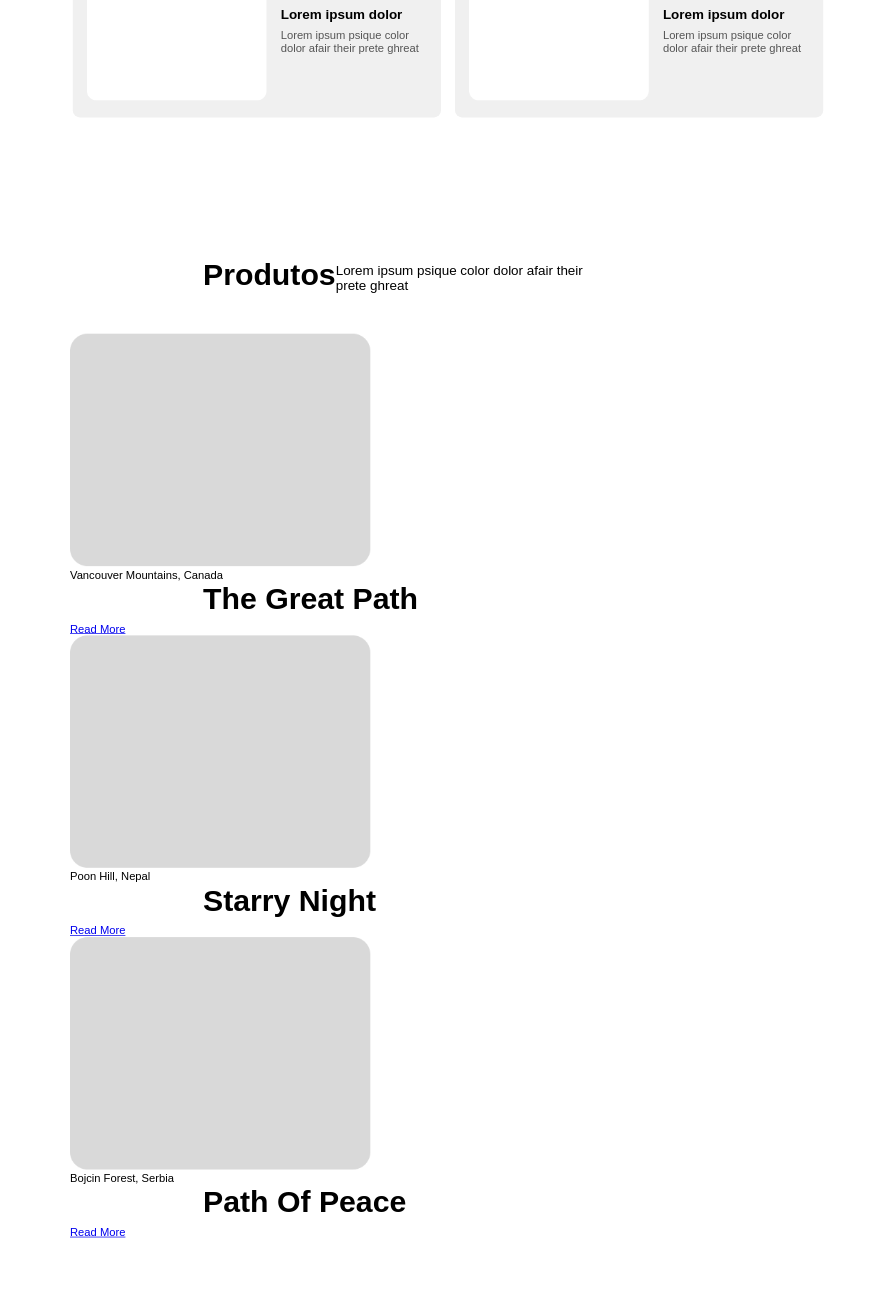
Repository: Matheus904-12/Reforma
Page: index.html
These files come from the project's save history. The page is drawn as it stood at one moment and after the next save; the edit follows.
The browser window is 1280 px wide. The pictures show the part of the page from y = 1334 to 3254 px (the page is 3204 px tall before and 3254 px after), at 70% of full size.

Above is the page before, as saved 2024-08-01 20:19:41.

### index.html
<!DOCTYPE html>
<html lang="en">
<head>
    <meta charset="UTF-8">
    <meta name="viewport" content="width=device-width, initial-scale=1.0">
    <title>Automobil - Venda de Veículos</title>
    <link rel="stylesheet" href="styles.css">
</head>
<body>
    <header>
        <div class="navbar">
            <div class="logo">AutMobil</div>
            <nav class="nav-links">
                <a href="#home">Início</a>
                <a href="#veiculos">Veículos</a>
                <a href="#contato">Contato</a>
            </nav>
            <button class="btn">
                <span class="btn-text-one">Entrar</span>
                <span class="btn-text-two">Vamos Lá!</span>
            </button>
        </div>
    </header>
    <section class="hero">
        <img src="imagens/Rectangle 1.png" alt="Imagem de Veículos" class="hero-image">
    </section>
    <section class="servicos">
        <div class="servicos-header">
            <h2>Serviços</h2>
            <p class="description">Lorem ipsum dolor sit amet, consectetur adipiscing elit. Quisque fermentum, orci a vehicula malesuada, nunc ipsum sollicitudin est, eu tristique odio turpis vitae mi.</p>
        </div>
        <div class="cards-container">
            <div class="card">
                <div class="card-image"><img src="imagens/Rectangle 9.png" alt="Serviço 1"></div>
                <div class="card-content">
                    <h3>Lorem ipsum dolor</h3>
                    <p>Lorem ipsum psique color dolor afair their prete ghreat</p>
                </div>
            </div>
            <div class="card">
                <div class="card-image"><img src="imagens/Rectangle 9.png" alt="Serviço 2"></div>
                <div class="card-content">
                    <h3>Lorem ipsum dolor</h3>
                    <p>Lorem ipsum psique color dolor afair their prete ghreat</p>
                </div>
            </div>
            <div class="card">
                <div class="card-image"><img src="imagens/Rectangle 9.png" alt="Serviço 3"></div>
                <div class="card-content">
                    <h3>Lorem ipsum dolor</h3>
                    <p>Lorem ipsum psique color dolor afair their prete ghreat</p>
                </div>
            </div>
            <div class="card">
                <div class="card-image"><img src="imagens/Rectangle 9.png" alt="Serviço 4"></div>
                <div class="card-content">
                    <h3>Lorem ipsum dolor</h3>
                    <p>Lorem ipsum psique color dolor afair their prete ghreat</p>
                </div>
            </div>
        </div>
    </section>
    <section class="servicos">
        <div class="produtos-header">
            <h2>Produtos</h2>
            <p class="description2">Lorem ipsum psique color dolor afair their prete ghreat</p>
        </div>
        <div class="container">
            <div class="card__container">
               <article class="card__article">
                  <img src="imagens/Rectangle 11.png" alt="image" class="card__img">

                  <div class="card__data">
                     <span class="card__description">Vancouver Mountains, Canada</span>
                     <h2 class="card__title">The Great Path</h2>
                     <a href="#" class="card__button">Read More</a>
                  </div>
               </article>

               <article class="card__article">
                  <img src="imagens/Rectangle 11.png" alt="image" class="card__img">

                  <div class="card__data">
                     <span class="card__description">Poon Hill, Nepal</span>
                     <h2 class="card__title">Starry Night</h2>
                     <a href="#" class="card__button">Read More</a>
                  </div>
               </article>

               <article class="card__article">
                  <img src="imagens/Rectangle 11.png" alt="image" class="card__img">

                  <div class="card__data">
                     <span class="card__description">Bojcin Forest, Serbia</span>
                     <h2 class="card__title">Path Of Peace</h2>
                     <a href="#" class="card__button">Read More</a>
                  </div>
               </article>
            </div>
         </div>
    </section>
</body>
</html>

### styles.css
body {
    margin: 0;
    font-family: Arial, sans-serif;
}

header {
    position: relative;
    width: 100%;
}

.navbar {
    display: flex;
    justify-content: center;
    align-items: center;
    padding: 20px 50px;
    background: rgba(255, 255, 255, 0.5);
    border-radius: 25px;
    backdrop-filter: blur(10px);
    transition: all 0.3s ease-in-out;
    margin: 20px 50px;
    position: relative;
}

.navbar.scrolled {
    background: rgba(255, 255, 255, 0.8);
    backdrop-filter: blur(15px);
}

.logo {
    position: absolute;
    left: 50px;
    font-size: 1.5em;
    color: #333;
    font-weight: bold;
}

.nav-links {
    list-style: none;
    display: flex;
    gap: 20px;
}

.nav-links a {
    text-decoration: none;
    color: #333;
    padding: 10px 15px;
    border-radius: 15px;
    transition: background 0.3s, color 0.3s;
}

.nav-links a:hover {
    background: #333;
    color: #fff;
}

.btn {
    width: 140px;
    height: 50px;
    background: linear-gradient(to top, #000000, #272727, #6d6d6d);
    color: #fff;
    border-radius: 50px;
    border: none;
    outline: none;
    cursor: pointer;
    position: relative;
    box-shadow: 0 15px 30px rgba(0, 0, 0, 0.2);
    overflow: hidden;
    position: absolute;
    right: 50px;
    text-decoration: none; /* Para remover o sublinhado do link */
    display: flex;
    justify-content: center;
    align-items: center;
}

.btn span {
    font-size: 12px;
    text-transform: uppercase;
    letter-spacing: 1px;
    transition: top 0.5s;
}

.btn-text-one {
    position: absolute;
    width: 100%;
    top: 50%;
    left: 0;
    transform: translateY(-50%);
}

.btn-text-two {
    position: absolute;
    width: 100%;
    top: 150%;
    left: 0;
    transform: translateY(-50%);
}

.btn:hover .btn-text-one {
    top: -100%;
}

.btn:hover .btn-text-two {
    top: 50%;
}

.btn:active {
    transform: translateY(1px); /* Efeito de afundar ao clicar */
}

.hero {
    position: relative;
    width: 100%;
    height: 600px; /* Ajuste a altura conforme necessário */
    overflow: hidden;
    display: flex;
    justify-content: center;
    align-items: center;
}

.hero-image {
    width: 94%;
    height: auto;
    object-fit: cover;
}

.servicos {
    padding: 100px;
}

.servicos-header {
    display: flex;
    justify-content: space-between;
    align-items: center;
    margin-bottom: 100px;
}

.produtos-header {
    display: flex;
    justify-content: space-between;
    align-items: center;
    margin-bottom: 100px;
}

.servicos h2 {
    font-size: 2.7em;
    margin: 0 0 10px 0; /* Ajuste a margem inferior para aproximar do parágrafo */
    margin-left: 190px;
}

.description {
    font-size: 1.2em;
    max-width: 600px;
    margin: 0;
    margin-right: 190px;
}
.description2 {
    font-size: 1.2em;
    max-width: 600px;
    margin: 0;
    margin-right: 320px;
}

.cards-container {
    display: flex;
    flex-wrap: wrap;
    justify-content: center;
    gap: 20px;
}

.card {
    display: flex;
    align-items: center;
    background-color: #f0f0f0;
    padding: 20px;
    border-radius: 10px;
    width: 45%;
}

.card-image img {
    width: 257px;
    height: 205px;
    border-radius: 10px;
    margin-right: 20px;
}

.card-content {
    text-align: left;
}

.card-content h3 {
    margin: 0 0 10px 0;
    font-size: 1.2em;
}

.card-content p {
    margin: 0;
    color: #555;
}

.produtos {
    padding: 100px;
    background-color: #f9f9f9;
}

.produtos-header {
    display: flex;
    justify-content: space-between;
    align-items: center;
    margin-bottom: 50px;
}

.produtos h2 {
    font-size: 2.5em;
    margin: 0;
}

.produtos .description {
    font-size: 1.2em;
    max-width: 600px;
    margin: 0;
}

.filtros {
    display: flex;
    justify-content: center;
    gap: 20px;
    margin-bottom: 50px;
}

.filtro {
    background-color: #333;
    color: #fff;
    border: none;
    padding: 10px 20px;
    border-radius: 10px;
    cursor: pointer;
    transition: background 0.3s;
}

.filtro:hover {
    background-color: #555;
}

.produtos-container {
    position: relative;
}

.carrossel {
    display: none;
    flex-wrap: nowrap;
    overflow-x: auto;
    gap: 20px;
}

.carrossel.active {
    display: flex;
}

.produto-card {
    display: flex;
    flex-direction: column;
    align-items: center;
    background-color: #fff;
    padding: 20px;
    border-radius: 10px;
    min-width: 300px;
}

.produto-image img {
    width: 100%;
    border-radius: 10px;
    margin-bottom: 20px;
}

.produto-content {
    text-align: center;
}

.produto-content h3 {
    margin: 0 0 10px 0;
    font-size: 1.2em;
}

.produto-content p {
    margin: 0;
    color: #555;
}

After the next save:
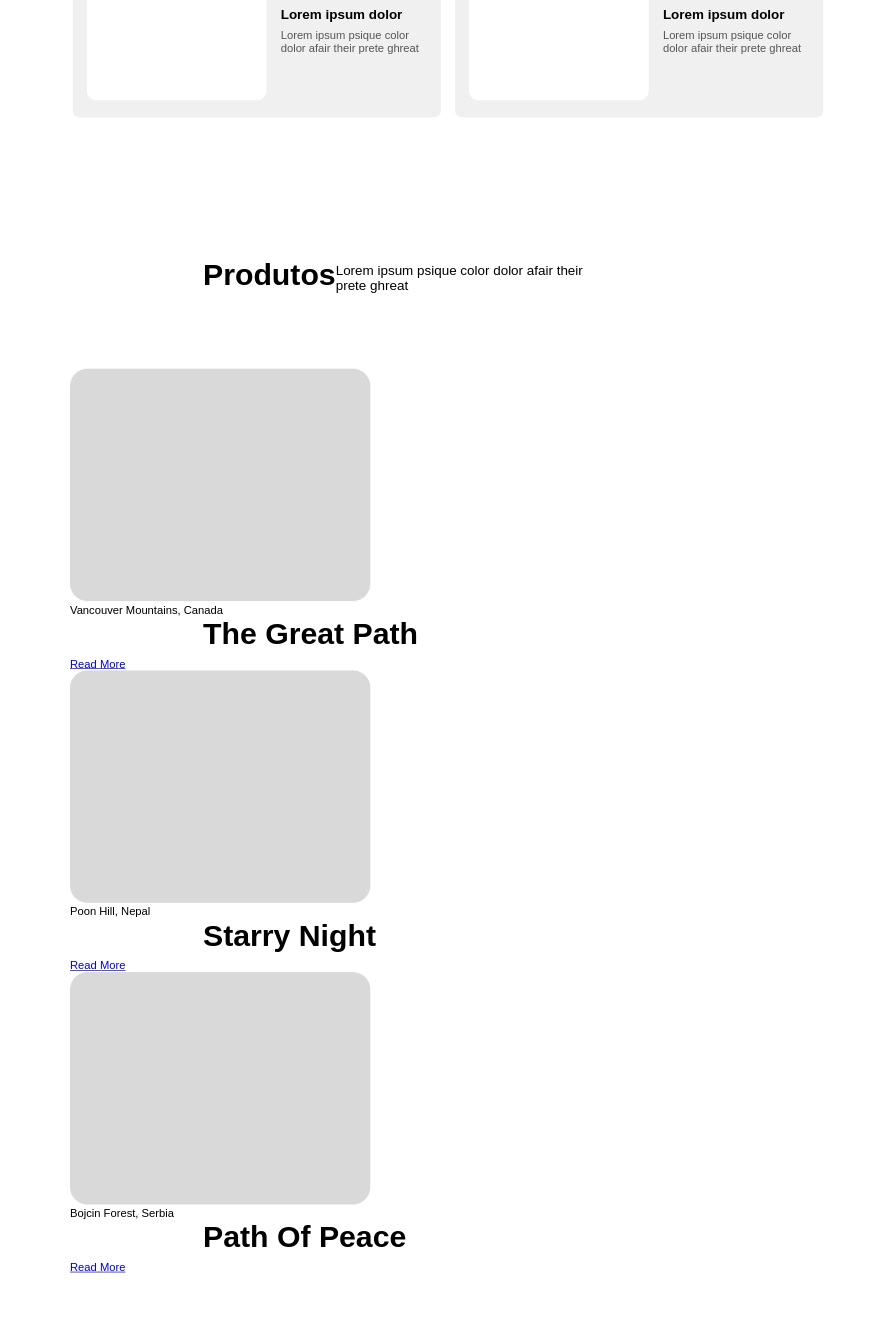
Saved 14 s later.
--- a/styles.css
+++ b/styles.css
@@ -197,92 +197,3 @@ header {
     margin: 0;
     color: #555;
 }
-
-.produtos {
-    padding: 100px;
-    background-color: #f9f9f9;
-}
-
-.produtos-header {
-    display: flex;
-    justify-content: space-between;
-    align-items: center;
-    margin-bottom: 50px;
-}
-
-.produtos h2 {
-    font-size: 2.5em;
-    margin: 0;
-}
-
-.produtos .description {
-    font-size: 1.2em;
-    max-width: 600px;
-    margin: 0;
-}
-
-.filtros {
-    display: flex;
-    justify-content: center;
-    gap: 20px;
-    margin-bottom: 50px;
-}
-
-.filtro {
-    background-color: #333;
-    color: #fff;
-    border: none;
-    padding: 10px 20px;
-    border-radius: 10px;
-    cursor: pointer;
-    transition: background 0.3s;
-}
-
-.filtro:hover {
-    background-color: #555;
-}
-
-.produtos-container {
-    position: relative;
-}
-
-.carrossel {
-    display: none;
-    flex-wrap: nowrap;
-    overflow-x: auto;
-    gap: 20px;
-}
-
-.carrossel.active {
-    display: flex;
-}
-
-.produto-card {
-    display: flex;
-    flex-direction: column;
-    align-items: center;
-    background-color: #fff;
-    padding: 20px;
-    border-radius: 10px;
-    min-width: 300px;
-}
-
-.produto-image img {
-    width: 100%;
-    border-radius: 10px;
-    margin-bottom: 20px;
-}
-
-.produto-content {
-    text-align: center;
-}
-
-.produto-content h3 {
-    margin: 0 0 10px 0;
-    font-size: 1.2em;
-}
-
-.produto-content p {
-    margin: 0;
-    color: #555;
-}
